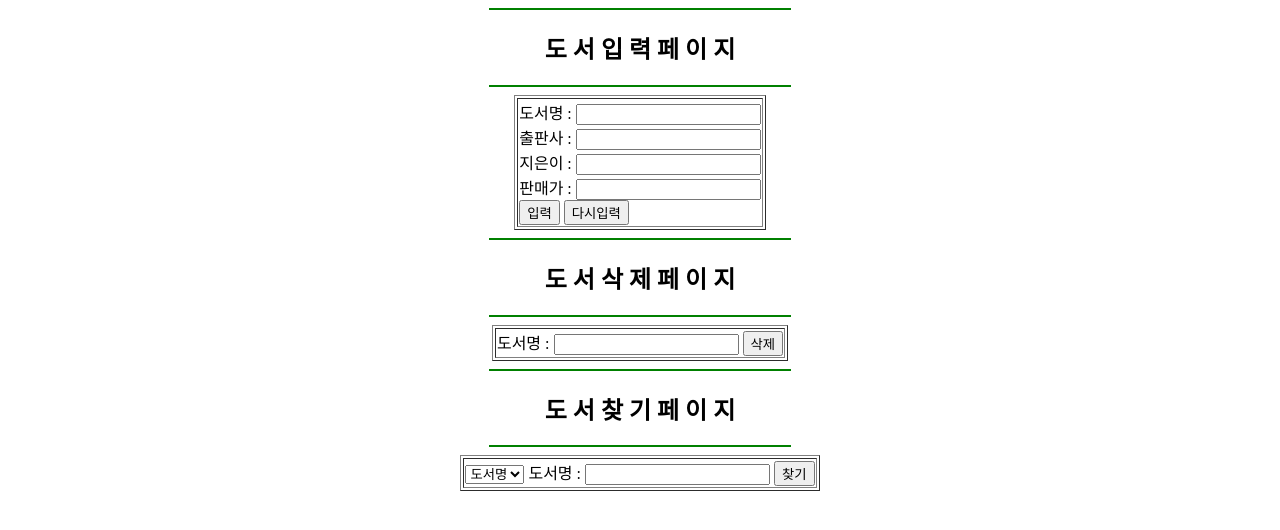
Repository: sungeunbyeol/Nowon-ezen-jsp
Page: http://localhost/jspBook/book/book.jsp
An editor plug-in stored every save of this project. The page is shown before and after the next save, followed by the edit.
The browser window is 1280 px wide. The pictures show the whole page.
The page is served by Tomcat 9. Other server files are loaded and not shown.

Above is the page before, as saved 2021-11-04 06:18:26.

### jspBook/WebContent/book/book.jsp
<%@ page language="java" contentType="text/html; charset=EUC-KR"
    pageEncoding="EUC-KR"%>
<!DOCTYPE html>
<html>
<head>
<meta charset="EUC-KR">
<title>도서관리프로그램</title>
</head>
<body>
	<div align="center">
	<hr color = "green" width="300">
	<h2>도 서 입 력 페 이 지</h2>
	<hr color = "green" width="300">
		<form name="f" action="insert.jsp" method="post">
			<table border="1">
				<tr>
					<td>
					도서명 : <input type="text" name="bookname"> <br>
					출판사 : <input type="text" name="publisher"> <br>
					지은이 : <input type="text" name="writer"> <br>
					판매가 : <input type="text" name="price"> <br>
					<input type="submit" value="입력">
					<input type="reset" value="다시입력">
					</td>
				</tr>
			</table>
		</form>

		<hr color="green" width="300">
		<h2>도 서 삭 제 페 이 지</h2>
		<hr color="green" width="300">
		<form name="f" action="delete.jsp" method="post">
			<table border="1">
				<tr>
					<td>
						도서명 : <input type="text" name="bookname">
						<input type="submit" value="삭제">
					</td>
				</tr>
			</table>
		</form>

		<hr color="green" width="300">
		<h2>도 서 찾 기 페 이 지</h2>
		<hr color="green" width="300">
		<form name="f" action="find.jsp" method="post">
			<table border="1">
				<tr>
					<td>
					<select name="search">
						<option value="bookname"> 도서명</option>
						<option value="publisher"> 출판사</option>
						<option value="writer"> 지은이</option>
					</select>
						도서명 : <input type="text" name="bookname">
						<input type="submit" value="찾기">
					</td>
				</tr>
			</table>
		</form>

	</div>
</body>
</html>

After the next save:
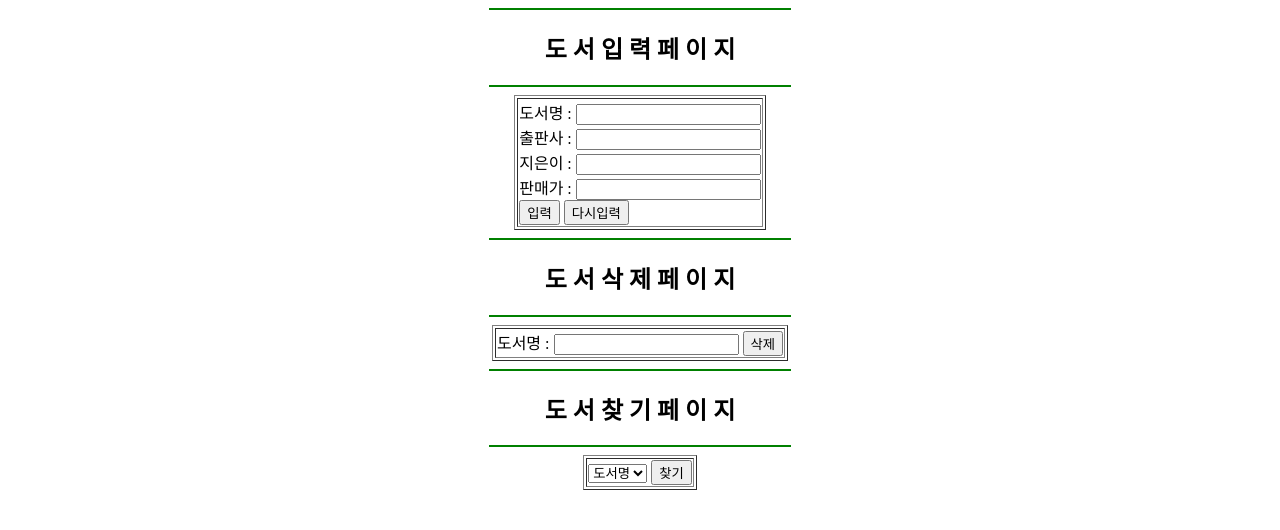
Saved 7 s later.
--- a/jspBook/WebContent/book/book.jsp
+++ b/jspBook/WebContent/book/book.jsp
@@ -52,7 +52,6 @@
 						<option value="publisher"> 출판사</option>
 						<option value="writer"> 지은이</option>
 					</select>
-						도서명 : <input type="text" name="bookname">
 						<input type="submit" value="찾기">
 					</td>
 				</tr>
